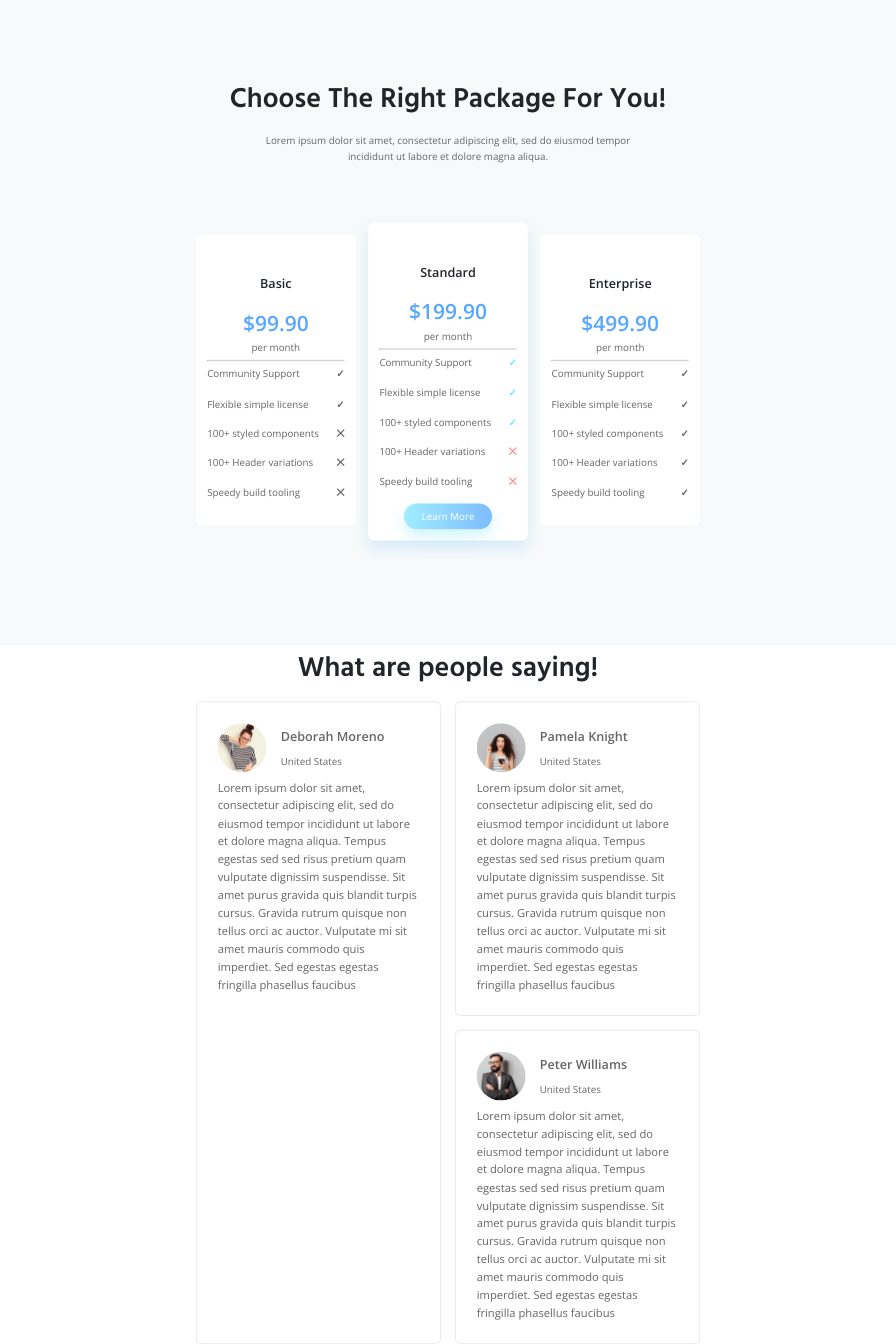
Repository: Sc-Juju/CodeRad
Page: index.html
These files come from the project's save history. The page is drawn as it stood at one moment and after the next save; the edit follows.
The browser window is 1280 px wide. The pictures show the part of the page from y = 2393 to 4313 px (the page is 4313 px tall before and 3903 px after), at 70% of full size.

Above is the page before, as saved 2022-11-11 21:46:22.

After the next save:
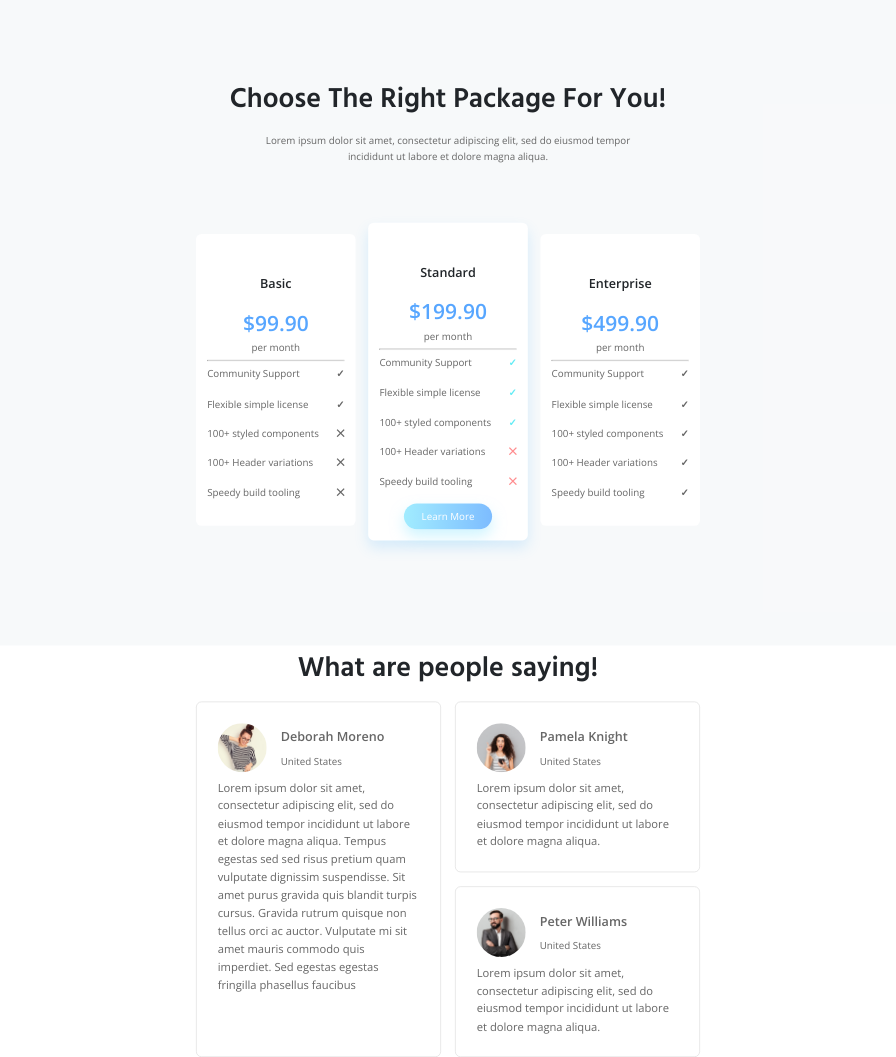
Saved 77 s later.
--- a/index.html
+++ b/index.html
@@ -342,12 +342,7 @@
 						<p>
 							Lorem ipsum dolor sit amet, consectetur adipiscing
 							elit, sed do eiusmod tempor incididunt ut labore et
-							dolore magna aliqua. Tempus egestas sed sed risus
-							pretium quam vulputate dignissim suspendisse. Sit
-							amet purus gravida quis blandit turpis cursus.
-							Gravida rutrum quisque non tellus orci ac auctor.
-							Vulputate mi sit amet mauris commodo quis imperdiet.
-							Sed egestas egestas fringilla phasellus faucibus
+							dolore magna aliqua.
 						</p>
 					</div>
 				</div>
@@ -368,12 +363,7 @@
 						<p>
 							Lorem ipsum dolor sit amet, consectetur adipiscing
 							elit, sed do eiusmod tempor incididunt ut labore et
-							dolore magna aliqua. Tempus egestas sed sed risus
-							pretium quam vulputate dignissim suspendisse. Sit
-							amet purus gravida quis blandit turpis cursus.
-							Gravida rutrum quisque non tellus orci ac auctor.
-							Vulputate mi sit amet mauris commodo quis imperdiet.
-							Sed egestas egestas fringilla phasellus faucibus
+							dolore magna aliqua.
 						</p>
 					</div>
 				</div>
